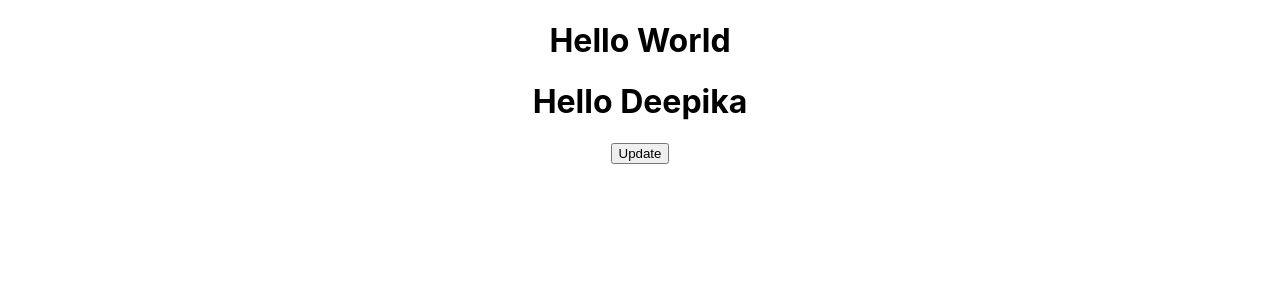
Repository: DeepikaSuretek/React
Page: / (app in practice-app/)
These files come from the project's save history. The page is drawn as it stood at one moment and after the next save; the edit follows.
The browser window is 1280 px wide. The pictures show the whole page.
The project was rebuilt for these pictures with package versions that can differ from the ones it lists, and the page was loaded fresh each time.

Above is the page before, as saved 2024-07-08 19:24:07.

After the next save:
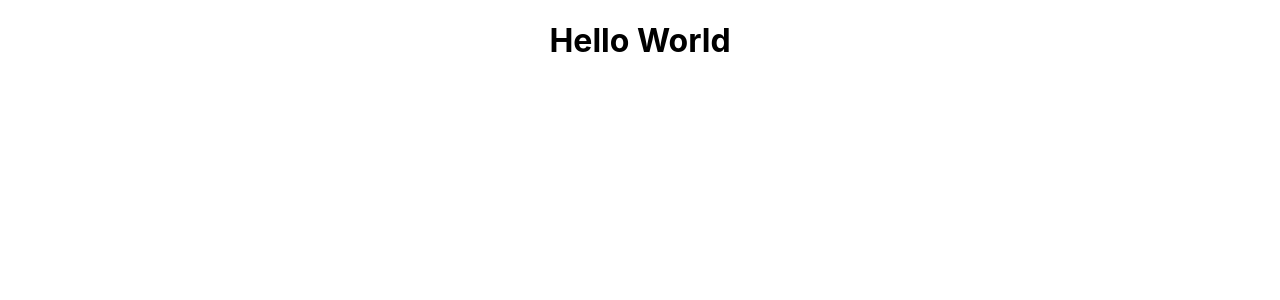
Saved 10 s later.
--- a/practice-app/src/App.js
+++ b/practice-app/src/App.js
@@ -1,6 +1,6 @@
 import './App.css';
-import User from './class-component/class';
-//import User from './functional-component/function'
+//import User from './class-component/class';
+import User from './functional-component/function'
 
 function App() {
   return (
